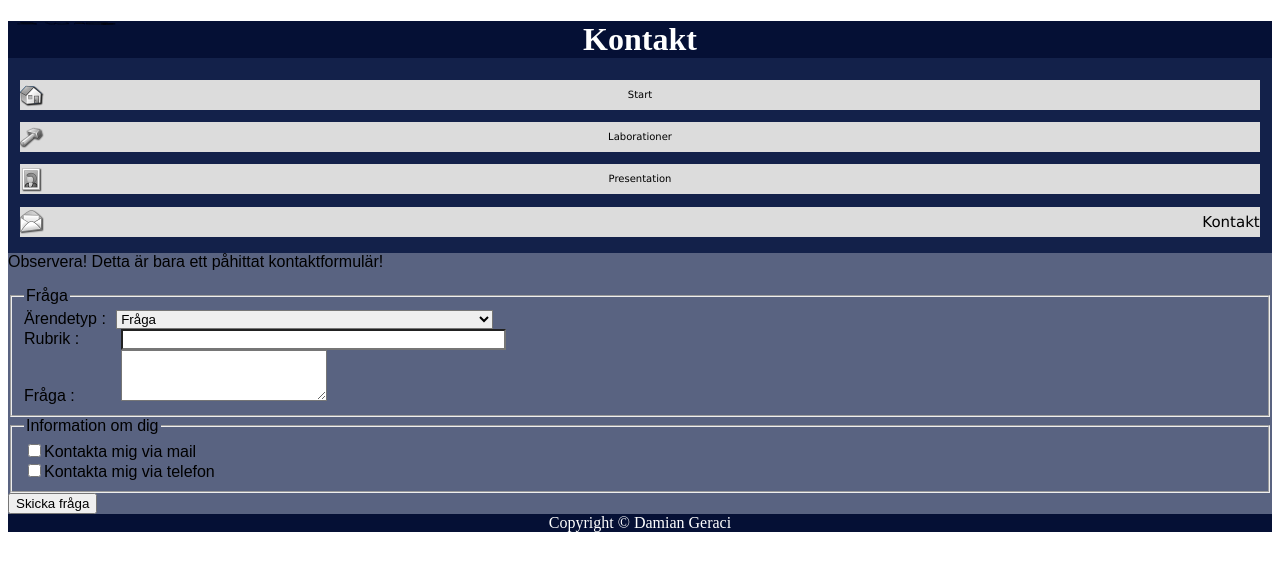
Repository: dg222dm/1ik415-laborationer
Page: pages/kontakt.html
The author's editor kept a record of every edit. The page is drawn from the files as they stood at one moment, then again after the next edit.
The browser window is 1280 px wide. The pictures show the whole page.

Above is the page before.

After the next edit:
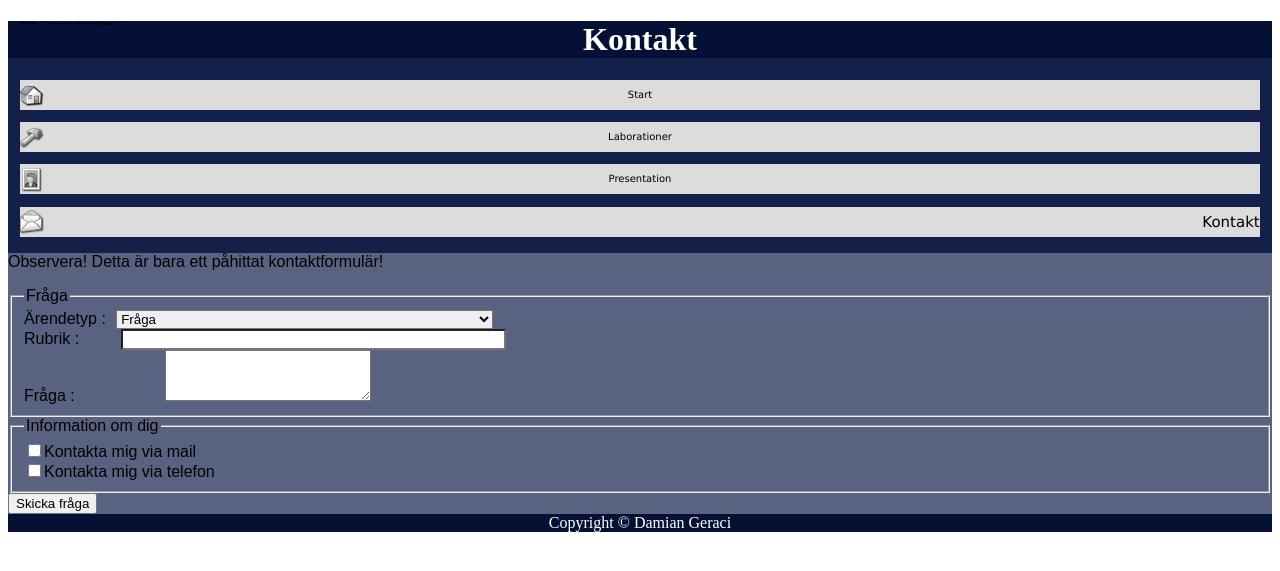
The edit:
--- a/css/mobile.css
+++ b/css/mobile.css
@@ -138,7 +138,7 @@
     width:30.57%;
     max-height:9.76%;
     border-radius:0.48%;
-    margin-left:3.41%;
+    margin-left:7%;
 }
 
 #text3 {
